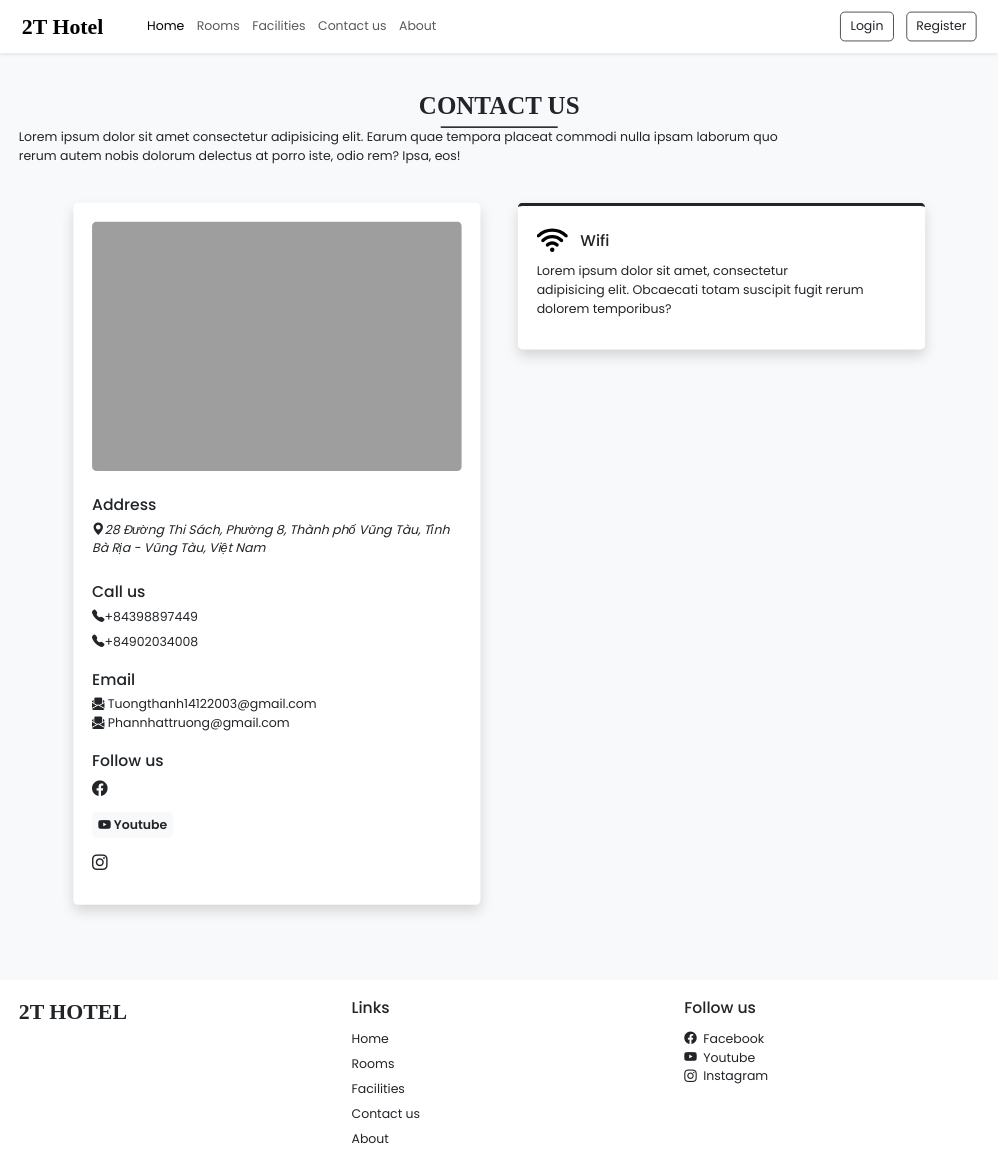
Repository: TaTongThanh2003/DoAnCoSo2024_BookingHotelWebsite
Page: http://localhost/WebsiteBookingHotel/contact.php
The author's editor kept a copy of each file at every save. The page is drawn from the files as they stood at one save, then again after the next save.
The browser window is 1280 px wide. The pictures show the whole page, at 78% of full size.
Pictures or frames that could not be fetched are drawn as grey boxes. Some web fonts or font styles are not loaded; a fallback is used. The page is run by PHP 8.4 with error messages shown; the project is at /var/www/html/.

Above is the page before, as saved 2024-03-22 14:51:23.

### WebsiteBookingHotel/contact.php
<!DOCTYPE html>
<html lang="en">

<head>
    <meta charset="UTF-8">
    <meta http-equiv="X-UA-Compatible" content="IE-edge">
    <meta name="viewport" content="width=device-width, initial-scale=1.0">
    <title>2T Hotel - CONTACT</title>
    <?php require('inc/links.php'); ?>
    <style>
    .pop:hover {
        border-top-color: var(--teal) !important;
        transform: scale(1.03);
        transition: all 0.3s;
    }
    </style>
    <link rel="stylesheet" href="https://cdn.jsdelivr.net/npm/swiper@11/swiper-bundle.min.css" />
    <style>
    @media screen and (max-width: 575px) {
        .availability-form {
            margin: 25px;
            padding: 0 35px;
        }
    }
    </style>
</head>

<body class="bg-light">
    <?php require('inc/header.php'); ?>

    <div class="my-5 px-4">
        <h2 class="fw-bold h-font text-center">CONTACT US</h2>
        <div class="h-line bg-dark"></div>
        <p>Lorem ipsum dolor sit amet consectetur adipisicing elit. Earum quae tempora placeat commodi nulla ipsam
            laborum quo <br> rerum autem nobis dolorum delectus at porro iste, odio rem? Ipsa, eos!</p>
    </div>
    <div class="container">
        <div class="row">
            <div class="col-lg-6 col-md-6 mb-5 px-4">
                <div class="bg-white rounded shadow p-4 ">
                    <iframe
                        src="https://www.google.com/maps/embed?pb=!1m18!1m12!1m3!1d1387.4586037672818!2d107.14647667339156!3d10.395697334627467!2m3!1f0!2f0!3f0!3m2!1i1024!2i768!4f13.1!3m3!1m2!1s0x31756fd4554f0cf5%3A0xb24fd23bf641fa40!2zVsWpbmcgVMOgdSwgQsOgIFLhu4thIC0gVsWpbmcgVMOgdSwgVmnhu4d0IE5hbQ!5e0!3m2!1svi!2s!4v1710661690680!5m2!1svi!2s"
                        class="w-100 rounded mb-4" height="320px" loading="lazy"
                        referrerpolicy="no-referrer-when-downgrade"></iframe>
                    <h5>Address</h5>
                    <a href="https://maps.app.goo.gl/TkpwJFueXijHawj1A" target="_blank"
                        class="d-inline-block text-decoration-none text-dark mb-2">
                        <i class="bi bi-geo-alt-fill">28 Đường Thi Sách, Phường 8, Thành phố Vũng Tàu,
                            Tỉnh Bà Rịa - Vũng Tàu, Việt Nam</i>
                    </a>
                    <h5 class="mt-4">Call us</h5>
                    <a href="tel: +84398897449" class="d-inline-block mb-2 text-decoration-none text-dark">
                        <i class="bi bi-telephone-fill"></i>+84398897449
                    </a>
                    <br>
                    <a href="tel: +84902034008" class="d-inline-block text-decoration-none text-dark">
                        <i class="bi bi-telephone-fill"></i>+84902034008
                    </a>
                    <h5 class="mt-4">Email</h5>
                    <a href="Mail To: tuongthanh14122003@gmail.com "
                        class="d-inline-block text-decoration-none text-dark">
                        <i class="bi bi-envelope-paper-fill"> </i>Tuongthanh14122003@gmail.com</a><br>
                    <a href="MailTo: phannhattruong@gmail.com " class="d-inline-block text-decoration-none text-dark">
                        <i class="bi bi-envelope-paper-fill"> </i>Phannhattruong@gmail.com</a>
                    <h5 class="mt-4">Follow us</h5>
                    <a href="#" class="d-inline-block mb-3 text-dark fs-5 me-2">
                        <i class="bi bi-facebook mi-1"></i>
                    </a>
                    <br>
                    <a href="#" class="d-inline-block mb-3 text-dark fs-5 me-2">
                        <span class="badge bg-light text-dark fs-6 p-2">
                            <i class="bi bi-youtube"></i> Youtube
                        </span>
                    </a>
                    <br>
                    <a href="#" class="d-inline-block mb-3 text-dark fs-5 me-2">

                        <i class="bi bi-instagram me-1"></i>
                    </a>
                </div>
            </div>
            <div class="col-lg-6 col-md-6 mb-5 px-4">
                <div class="bg-white rounded shadow p-4 border-top border-4 border-dark pop">
                    <div class="d-flex align-items-center mb-2">
                        <img src="images/facilities/Wifi.svg" alt="" width="40px">
                        <h5 class="m-0 ms-3">Wifi</h5>
                    </div>
                    <p>Lorem ipsum dolor sit amet, consectetur <br> adipisicing elit. Obcaecati totam suscipit fugit
                        rerum
                        dolorem temporibus?</p>
                </div>
            </div>

        </div>
    </div>

    <!-- footer -->
    <?php require('inc/footer.php'); ?>




    <!-- <script src="https://cdn.jsdelivr.net/npm/swiper@11/swiper-bundle.min.js"></script>
    <script src="https://cdn.jsdelivr.net/npm/bootstrap@5.3.3/dist/js/bootstrap.bundle.min.js"
        integrity="sha384-YvpcrYf0tY3lHB60NNkmXc5s9fDVZLESaAA55NDzOxhy9GkcIdslK1eN7N6jIeHz" crossorigin="anonymous">
    </script> -->
    <!-- <script>
    var swiper = new Swiper(".swiper-container", {
        spaceBetween: 30,
        effect: "fade",
        loop: true,
        autoplay: {
            delay: 3500,
            disableOnInteraction: false,
        }
    });
    var swiper = new Swiper(".swiper-testimonials", {
        effect: "coverflow",
        grabCursor: true,
        centeredSlides: true,
        slidesPerView: "auto",
        slidesPerView: "3",
        loop: true,
        coverflowEffect: {
            rotate: 50,
            stretch: 0,
            depth: 100,
            modifier: 1,
            slideShadows: false,
        },
        pagination: {
            el: ".swiper-pagination",
        },
        breakpoints: {
            320: {
                slidesPerView: 1,
            },
            640: {
                slidesPerView: 1,
            },
            768: {
                slidesPerView: 2,
            },
            1024: {
                slidesPerView: 3,
            },
        }
    });
    </script> -->
</body>

</html>

### WebsiteBookingHotel/inc/links.php
<link href="https://cdn.jsdelivr.net/npm/bootstrap@5.3.3/dist/css/bootstrap.min.css" rel="stylesheet"
    integrity="sha384-QWTKZyjpPEjISv5WaRU9OFeRpok6YctnYmDr5pNlyT2bRjXh0JMhjY6hW+ALEwIH" crossorigin="anonymous">
<link href="https://fonts.googleapis.com/css2?family=Merienda:wght@400;700&family=Poppins:wght@400;500;600&display=swap"
    rel="stylesheet">
<link rel="stylesheet" href="https://cdn.jsdelivr.net/npm/bootstrap-icons@1.11.3/font/bootstrap-icons.min.css">
<link rel="stylesheet" href="css/common.css">

### WebsiteBookingHotel/inc/header.php
<nav class="navbar navbar-expand-lg navbar-light bg-white px-lg-3 py-lg-2 shadow-sm sticky-top">
    <div class="container-fluid">
        <a class="navbar-brand me-5 fw-bold fs-3 h-font" href="index.php">2T Hotel</a>
        <button class="navbar-toggler shadow-none" type="button" data-bs-toggle="collapse"
            data-bs-target="#navbarSupportedContent" aria-controls="navbarSupportedContent" aria-expanded="false"
            aria-label="Toggle navigation">
            <span class="navbar-toggler-icon"></span>
        </button>
        <div class="collapse navbar-collapse" id="navbarSupportedContent">
            <ul class="navbar-nav me-auto mb-2 mb-lg-0">
                <li class="nav-item">
                    <a class="nav-link active" aria-current="page" href="index.php">Home</a>
                </li>
                <li class="nav-item">
                    <a class="nav-link" href="#">Rooms</a>
                </li>
                <li class="nav-item">
                    <a class="nav-link" href="facilities.php">Facilities</a>
                </li>
                <li class="nav-item">
                    <a class="nav-link" href="contact.php">Contact us</a>
                </li>
                <li class="nav-item">
                    <a class="nav-link" href="about.php">About</a>
                </li>
            </ul>
            <div class="d-flex">
                <button type="button" class="btn btn-outline-dark shadow-none me-lg-3 me-2" data-bs-toggle="modal"
                    data-bs-target="#loginModal">
                    Login
                </button>
                <button type="button" class="btn btn-outline-dark shadow-none " data-bs-toggle="modal"
                    data-bs-target="#registerModal">
                    Register
                </button>
            </div>
        </div>
    </div>
</nav>

<!-- login -->
<div class="modal fade" id="loginModal" data-bs-backdrop="static" data-bs-keyboard="false" tabindex="-1"
    aria-labelledby="staticBackdropLabel" aria-hidden="true">
    <div class="modal-dialog">
        <div class="modal-content">
            <form>
                <div class="modal-header">
                    <h5 class="modal-title d-flex align-item-center">
                        <i class="bi bi-person-circle fs-5 me-2"></i> User login
                    </h5>
                    <button type="reset" class="btn-close shadow-none" data-bs-dismiss="modal"
                        aria-label="Close"></button>
                </div>
                <div class="modal-body">
                    <div class="mb-3">
                        <label class="form-label">Email address</label>
                        <input type="email" class="form-control shadow-none">
                    </div>
                    <div class="mb-4">
                        <label class="form-label">Password</label>
                        <input type="password" class="form-control shadow-none">
                    </div>
                    <div class="d-flex align-items-center justify-content-between mb-2">
                        <button type="submit" class="btn btn-dark shadow-none">LOGIN</button>
                        <a href="javascript: void(0)" class="text-secondary text-decoration-none">Forgot
                            Password?</a>
                    </div>
                </div>
            </form>
        </div>
    </div>
</div>

<!-- Register -->
<div class="modal fade" id="registerModal" data-bs-backdrop="static" data-bs-keyboard="false" tabindex="-1"
    aria-labelledby="staticBackdropLabel" aria-hidden="true">
    <div class="modal-dialog modal-lg">
        <div class="modal-content">
            <form>
                <div class="modal-header">
                    <h5 class="modal-title d-flex align-item-center">
                        <i class="bi bi-person-lines-fill fs-5 me-2"></i>
                        User Registration
                    </h5>
                    <button type="reset" class="btn-close shadow-none" data-bs-dismiss="modal"
                        aria-label="Close"></button>
                </div>
                <div class="modal-body">
                    <span class="badge rounded-pill bg-light text-dark mb-3 text-wrap lh-base">
                        Note: Your details must match with your ID (Aadhar card, passport, driving license, etc.)
                        that will be required dring check-in.
                    </span>
                    <div class="container-fluid">
                        <div class="row">
                            <!-- Name -->
                            <div class="col-md-6 ps-0 mb-3">
                                <label class="form-label">Name</label>
                                <input type="text" class="form-control shadow-none">
                            </div>
                            <!-- Email -->
                            <div class="col-md-6 p-0 mb-3">
                                <label class="form-label">Email</label>
                                <input type="email" class="form-control shadow-none">
                            </div>
                            <!-- Phone Number -->
                            <div class="col-md-6 ps-0 mb-3">
                                <label class="form-label">Phone Number</label>
                                <input type="number" class="form-control shadow-none">
                            </div>
                            <!-- Picture -->
                            <div class="col-md-6 p-0 mb-3">
                                <label class="form-label">Picture</label>
                                <input type="file" class="form-control shadow-none">
                            </div>
                            <!-- Address -->
                            <div class="col-md-12 p-0 mb-3">
                                <label class="form-label">Address</label>
                                <textarea class="form-control shadow-none" rows="1"></textarea>
                            </div>
                            <!-- Pincode -->
                            <div class="col-md-6 ps-0 mb-3">
                                <label class="form-label">Pincode</label>
                                <input type="number" class="form-control shadow-none">
                            </div>
                            <!-- Date of birth -->
                            <div class="col-md-6 p-0 mb-3">
                                <label class="form-label">Date of birth</label>
                                <input type="date" class="form-control shadow-none">
                            </div>
                            <!-- Password -->
                            <div class="col-md-6 ps-0 mb-3">
                                <label class="form-label">Password</label>
                                <input type="password" class="form-control shadow-none">
                            </div>
                            <!-- Comfirm Password -->
                            <div class="col-md-6 p-0 mb-3">
                                <label class="form-label">Comfirm Password</label>
                                <input type="password" class="form-control shadow-none">
                            </div>
                        </div>
                    </div>
                    <div class="text-center my-1">
                        <button type="submit" class="btn btn-dark shadow-none">REGISTER</button>
                    </div>
                </div>
            </form>
        </div>
    </div>
</div>

### WebsiteBookingHotel/inc/footer.php
<div class="container-fluid bg-white mt-5">
    <div class="row">
        <div class="col-lg-4 p-4">
            <h3 class="h-font fw-bold fs-3">2T HOTEL</h3>
            <p>

            </p>
        </div>
        <div class="col-lg-4 p-4">
            <h5 class="mb-3">Links</h5>
            <a href="#" class="d-inline-block mb-2 text-dark text-decoration-none">Home</a><br>
            <a href="#" class="d-inline-block mb-2 text-dark text-decoration-none">Rooms</a><br>
            <a href="#" class="d-inline-block mb-2 text-dark text-decoration-none">Facilities</a><br>
            <a href="#" class="d-inline-block mb-2 text-dark text-decoration-none">Contact us</a><br>
            <a href="#" class="d-inline-block mb-2 text-dark text-decoration-none">About</a>
        </div>
        <div class="col-lg-4 p-4">
            <h5 class="mb-3">Follow us</h5>
            <a href="#" class="d-inline-block text-dark text-decoration-none md-2">
                <i class="bi bi-facebook me-1"></i> Facebook
            </a><br>
            <a href="#" class="d-inline-block text-dark text-decoration-none md-2">
                <i class="bi bi-youtube me-1"></i> Youtube
            </a><br>
            <a href="#" class="d-inline-block text-dark text-decoration-none ">
                <i class="bi bi-instagram me-1"></i> Instagram
            </a><br>
        </div>
    </div>
</div>

### WebsiteBookingHotel/css/common.css
:root{
    --teal: #2ec1ac;
    --teal_hover: #279e8c;
}

* {
    font-family: 'Poppins', sans-serif;
}

.h-font {
    font-family: 'Merienda', cursive;
}

input::-webkit-outer-spin-button,
input::-webkit-inner-spin-button {
    -webkit-appearance: none;
    margin: 0;
}

/* input[type=number] {
    -moz-appearance: textfield;
} */

.custom-bg {
    background-color: var(--teal);
    border: 1px solid var(--teal);
}

.custom-bg:hover {
    background-color: var(--teal_hover);
    border-color: var(--teal_hover);
}

.availability-form {
    margin-top: -50px;
    z-index: 2;
    position: relative;
}
.h-line{
    width: 150px ;
    margin: 0 auto;
    height: 1.7px;
}

### WebsiteBookingHotel/images/facilities/Wifi.svg
<?xml version="1.0" encoding="iso-8859-1"?>
<!-- Generator: Adobe Illustrator 19.0.0, SVG Export Plug-In . SVG Version: 6.00 Build 0)  -->
<svg version="1.1" id="Capa_1" xmlns="http://www.w3.org/2000/svg" xmlns:xlink="http://www.w3.org/1999/xlink" x="0px" y="0px"
	 viewBox="0 0 494.45 494.45" style="enable-background:new 0 0 494.45 494.45;" xml:space="preserve">
<g>
	<g>
		<g>
			<path d="M395.225,277.325c-6.8,0-13.5-2.6-18.7-7.8c-71.4-71.3-187.4-71.3-258.8,0c-10.3,10.3-27.1,10.3-37.4,0
				s-10.3-27.1,0-37.4c92-92,241.6-92,333.6,0c10.3,10.3,10.3,27.1,0,37.4C408.725,274.725,401.925,277.325,395.225,277.325z"/>
		</g>
		<g>
			<path d="M323.625,348.825c-6.8,0-13.5-2.6-18.7-7.8c-15.4-15.4-36-23.9-57.8-23.9s-42.4,8.5-57.8,23.9
				c-10.3,10.3-27.1,10.3-37.4,0c-10.3-10.3-10.3-27.1,0-37.4c25.4-25.4,59.2-39.4,95.2-39.4s69.8,14,95.2,39.5
				c10.3,10.3,10.3,27.1,0,37.4C337.225,346.225,330.425,348.825,323.625,348.825z"/>
		</g>
		<g>
			<circle cx="247.125" cy="398.925" r="35.3"/>
		</g>
		<g>
			<path d="M467.925,204.625c-6.8,0-13.5-2.6-18.7-7.8c-111.5-111.4-292.7-111.4-404.1,0c-10.3,10.3-27.1,10.3-37.4,0
				s-10.3-27.1,0-37.4c64-64,149-99.2,239.5-99.2s175.5,35.2,239.5,99.2c10.3,10.3,10.3,27.1,0,37.4
				C481.425,202.025,474.625,204.625,467.925,204.625z"/>
		</g>
	</g>
</g>
<g>
</g>
<g>
</g>
<g>
</g>
<g>
</g>
<g>
</g>
<g>
</g>
<g>
</g>
<g>
</g>
<g>
</g>
<g>
</g>
<g>
</g>
<g>
</g>
<g>
</g>
<g>
</g>
<g>
</g>
</svg>

After the next save:
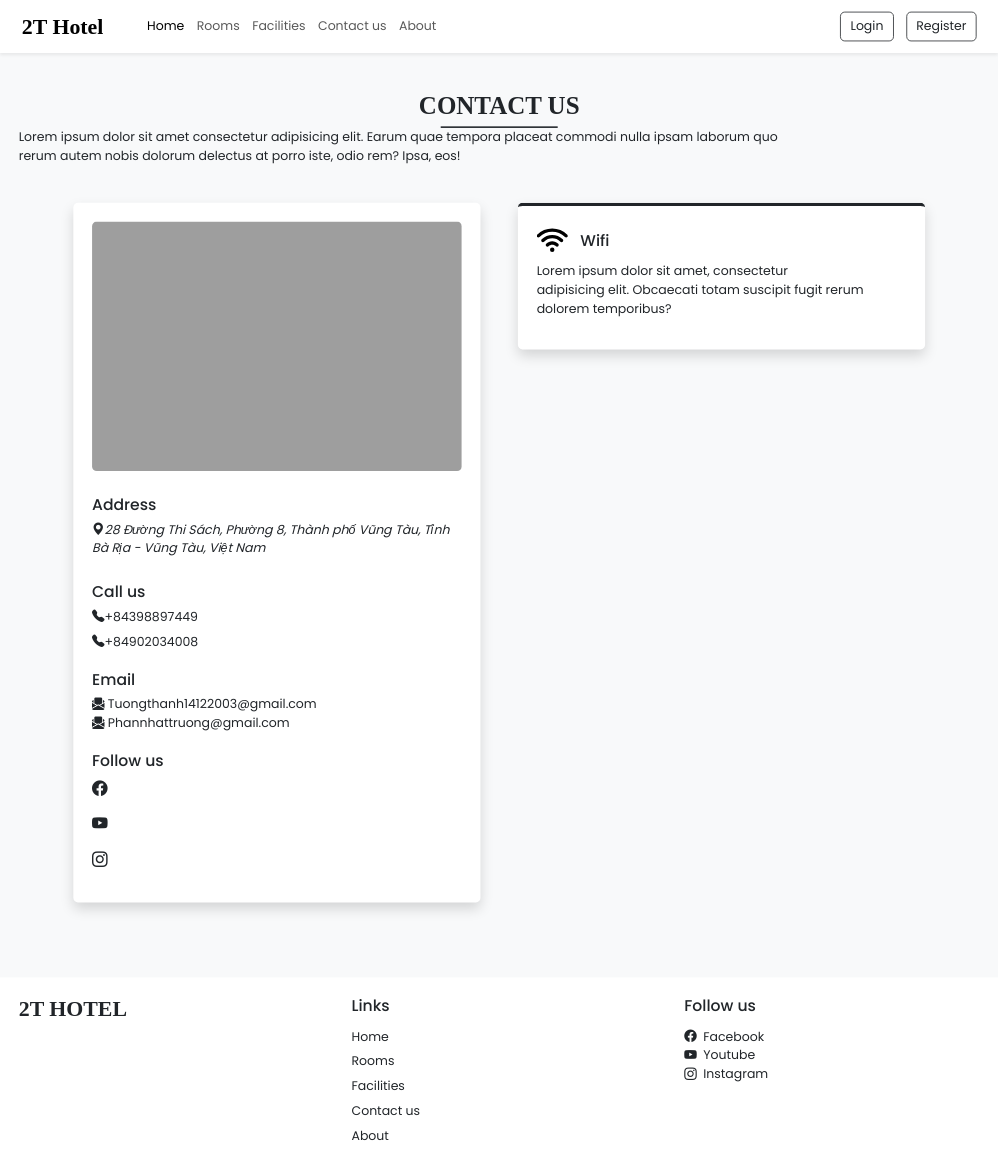
Saved 16 s later.
--- a/WebsiteBookingHotel/contact.php
+++ b/WebsiteBookingHotel/contact.php
@@ -68,13 +68,10 @@
                     </a>
                     <br>
                     <a href="#" class="d-inline-block mb-3 text-dark fs-5 me-2">
-                        <span class="badge bg-light text-dark fs-6 p-2">
-                            <i class="bi bi-youtube"></i> Youtube
-                        </span>
+                        <i class="bi bi-youtube me-1"></i>
                     </a>
                     <br>
                     <a href="#" class="d-inline-block mb-3 text-dark fs-5 me-2">
-
                         <i class="bi bi-instagram me-1"></i>
                     </a>
                 </div>
